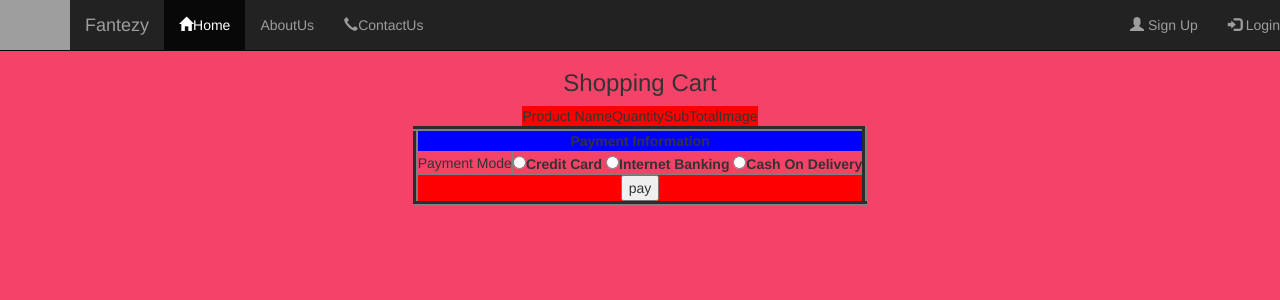
Repository: Safna93/eCommerce-project
Page: http://localhost/FantezyFrontendProject/WEB-INF/views/OrderConfirm.jsp
The author's editor kept a copy of each file at every save. The page is drawn from the files as they stood at one save, then again after the next save.
The browser window is 1280 px wide. The pictures show the whole page.
Pictures or frames that could not be fetched are drawn as grey boxes. Some web libraries are served in a nearby version. The page is served by Tomcat 9. Nobody is signed in. The template is opened directly, without the code that normally fills it, so the values that code supplies are empty.

Above is the page before, as saved 2017-07-11 17:40:22.

After the next save:
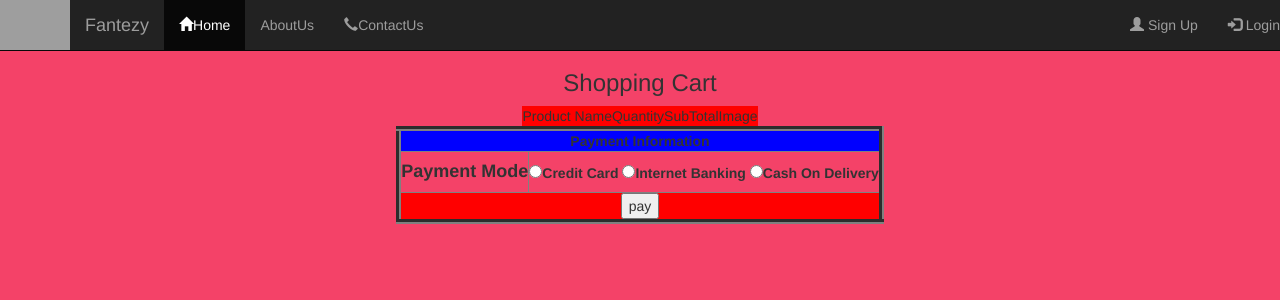
Saved 26 s later.
--- a/Fantezy Project 1/Fantezy/FantezyFrontendProject/src/main/webapp/WEB-INF/views/OrderConfirm.jsp
+++ b/Fantezy Project 1/Fantezy/FantezyFrontendProject/src/main/webapp/WEB-INF/views/OrderConfirm.jsp
@@ -36,7 +36,7 @@
 </tr>
 
 <tr>
-<td>Payment Mode</td>
+<td><h4><b>Payment Mode</b></h4></td>
 <td>
 <input type="radio" name="pmode" value="CC" /><b>Credit Card</b>
 <input type="radio" name="pmode" value="IB" /><b>Internet Banking</b>
